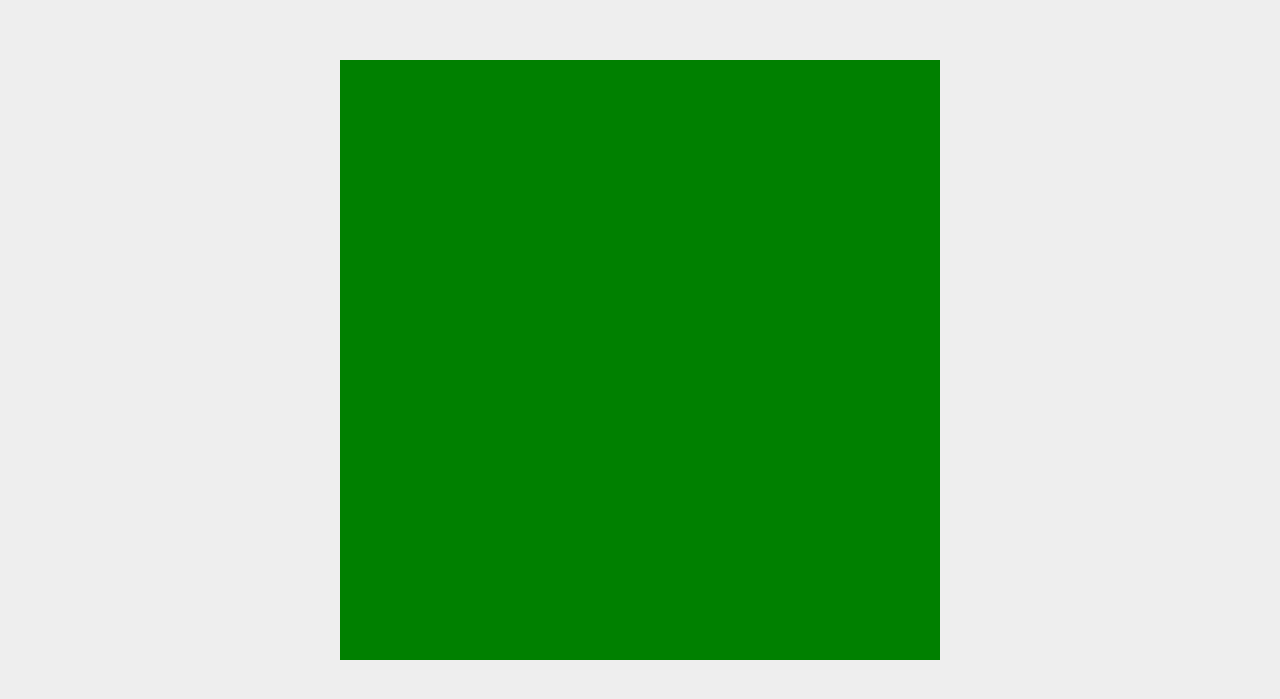
Repository: Hcmwebs/jsInbuiltMethod
Page: tic-tac-toe/index.html
These files come from the project's save history. The page is drawn as it stood at one moment and after the next save; the edit follows.
The browser window is 1280 px wide. The pictures show the whole page.

Above is the page before, as saved 2020-11-20 15:51:11.

After the next save:
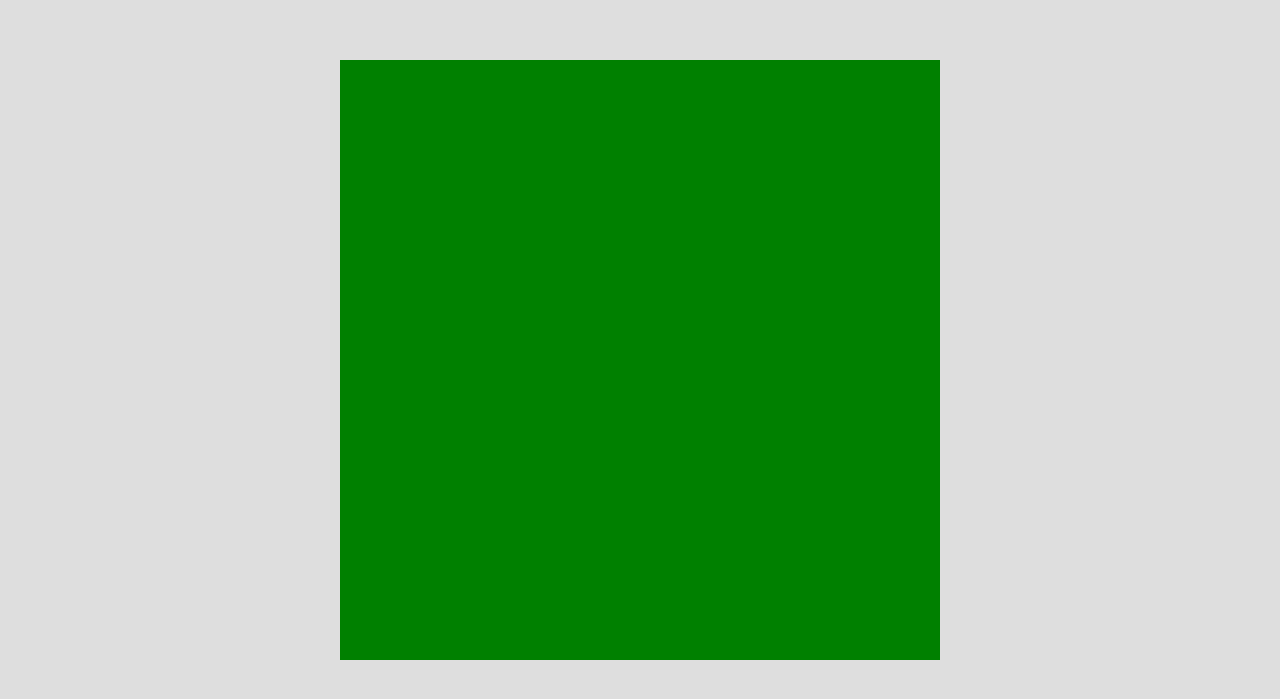
Saved 8 s later.
--- a/tic-tac-toe/style.css
+++ b/tic-tac-toe/style.css
@@ -7,7 +7,7 @@
   box-sizing: border-box;
   display: grid;
   place-items: center;
-  background-color: #eee;
+  background-color: #dedede;
 }
 
 

After the save that followed:
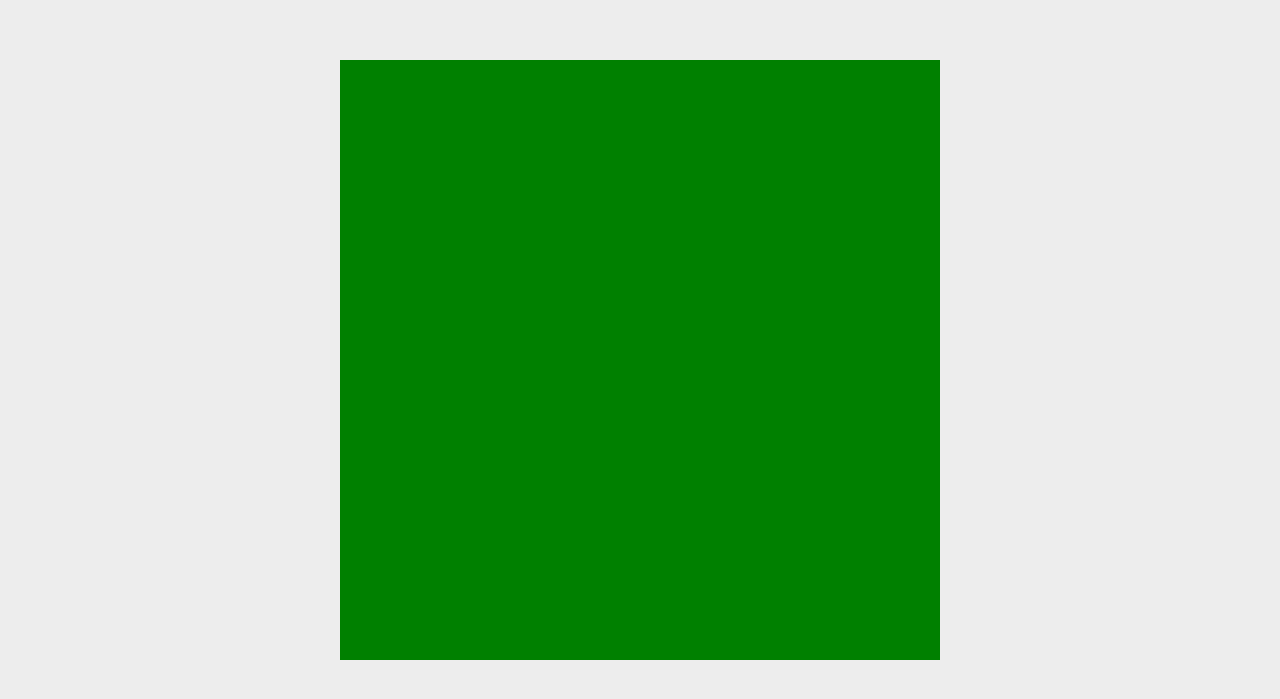
Saved 9 s later.
--- a/tic-tac-toe/style.css
+++ b/tic-tac-toe/style.css
@@ -7,7 +7,7 @@
   box-sizing: border-box;
   display: grid;
   place-items: center;
-  background-color: #dedede;
+  background-color: #ededed;
 }
 
 
